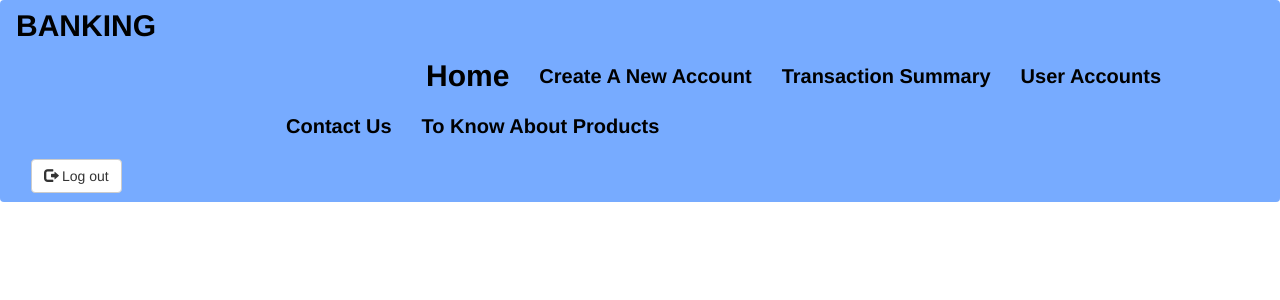
Repository: rukmini10/DXC
Page: http://localhost/Account/AdminHeader.jsp
An editor plug-in stored every save of this project. The page is shown before and after the next save, followed by the edit.
The browser window is 1280 px wide. The pictures show the whole page.
Some web libraries are served in a nearby version. The page is served by Tomcat 9. Other server files are loaded and not shown.

Above is the page before, as saved 2022-05-03 12:51:17.

### DXC_MAVEN/Account/src/main/webapp/AdminHeader.jsp
<%@ page language="java" contentType="text/html; charset=ISO-8859-1"
    pageEncoding="ISO-8859-1"%>
<!DOCTYPE html PUBLIC "-//W3C//DTD HTML 4.01 Transitional//EN" "http://www.w3.org/TR/html4/loose.dtd">
<html lang="en">
<head>
  <title>Online Banking Application</title>
  <meta charset="utf-8">
  <meta name="viewport" content="width=device-width, initial-scale=1">
  <link rel="stylesheet" href="https://maxcdn.bootstrapcdn.com/bootstrap/3.3.7/css/bootstrap.min.css">
  <script src="https://ajax.googleapis.com/ajax/libs/jquery/3.2.1/jquery.min.js"></script>
  <script src="https://maxcdn.bootstrapcdn.com/bootstrap/3.3.7/js/bootstrap.min.js"></script>
</head>
<body>

<nav class="navbar navbar-light" style="background-color: #77abff;"">
  <div class="container-fluid">
    <div class="navbar-header">
      <a class="navbar-brand" href="#" style="color:black;font-size:30px;font-weight:bold;">BANKING</a>
    </div>
    <ul style="padding-left:255px" class="nav navbar-nav">
      <li class="active"><a href="#" style="color:black;font-size:30px;font-weight:bold;padding-left:155px">Home</a></li>
      <li><a href="createAccount.obj" style="color:black;font-size:20px;font-weight:bold;"> Create A New Account</a></li>
      <li><a href="viewStatement.obj" style="color:black;font-size:20px;font-weight:bold;">Transaction Summary</a></li>
	  <li><a href="#" style="color:black;font-size:20px;font-weight:bold;">User Accounts</a></li>
	  <li><a href="#" style="color:black;font-size:20px;font-weight:bold;">Contact Us</a></li>
	  <li><a href="#" style="color:black;font-size:20px;font-weight:bold;">To Know About Products</a></li>
    </ul>

    <form class="navbar-form navbar-left ">

	  <a href="logout.obj" class="btn btn-default btn-md">
          <span class="glyphicon glyphicon-log-out"></span> Log out
      </a>

    </form>
  </div>
</nav>

After the next save:
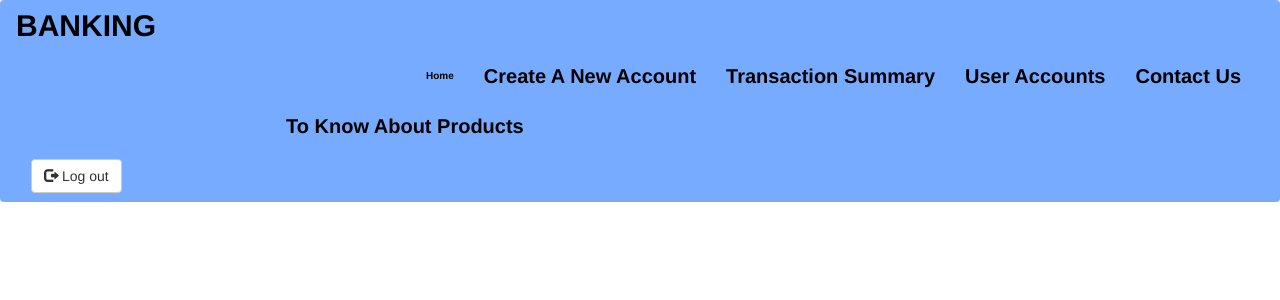
Saved 26 s later.
--- a/DXC_MAVEN/Account/src/main/webapp/AdminHeader.jsp
+++ b/DXC_MAVEN/Account/src/main/webapp/AdminHeader.jsp
@@ -18,7 +18,7 @@
       <a class="navbar-brand" href="#" style="color:black;font-size:30px;font-weight:bold;">BANKING</a>
     </div>
     <ul style="padding-left:255px" class="nav navbar-nav">
-      <li class="active"><a href="#" style="color:black;font-size:30px;font-weight:bold;padding-left:155px">Home</a></li>
+      <li class="active"><a href="#" style="color:black;font-size:10px;font-weight:bold;padding-left:155px">Home</a></li>
       <li><a href="createAccount.obj" style="color:black;font-size:20px;font-weight:bold;"> Create A New Account</a></li>
       <li><a href="viewStatement.obj" style="color:black;font-size:20px;font-weight:bold;">Transaction Summary</a></li>
 	  <li><a href="#" style="color:black;font-size:20px;font-weight:bold;">User Accounts</a></li>
